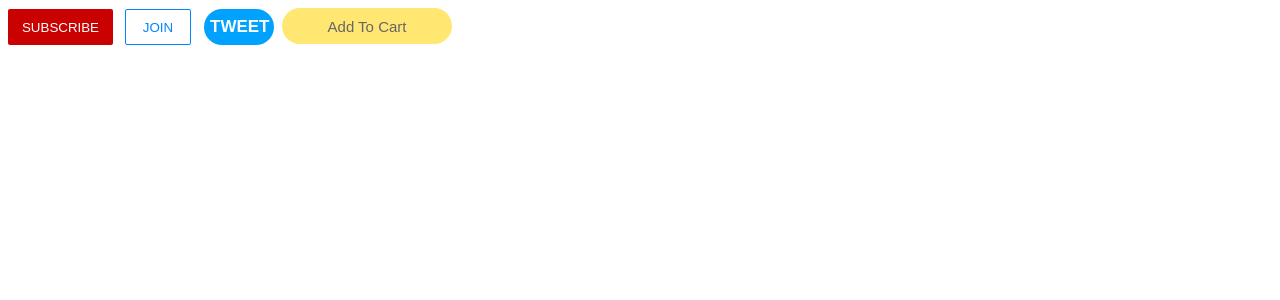
Repository: RagulRanjeeth/Frontend
Page: buttons.html
The author's editor kept a copy of each file at every save. The page is drawn from the files as they stood at one save, then again after the next save.
The browser window is 1280 px wide. The pictures show the whole page.
The pointer rests on the first visible `.amazon`.

Above is the page before, as saved 2026-01-19 17:20:39.

### buttons.html
<style>
    .subscrbeButton
    {
        background-color: rgb(201, 1, 1);
        color:white;
        border:none;
        height: 36px;
        width:105px;
        border-radius: 2px;
        cursor: pointer;
        margin-right: 8px;
        transition: opacity 0.1s,
    }

    .subscrbeButton:hover{
        opacity: 0.6;

    }

    .subscrbeButton:active{
        background-color:blue;
    }



    .join{
        background-color: white;
        color:rgb(0, 132, 255);
        border-color:rgb(0, 132, 255);
        border-style:solid;
        border-width: 1px;
        height: 36px;
        width:66px;
        border-radius: 2px;
        cursor: pointer;
        margin-right: 1px;
        transition: background-color 1s,
        color 1s;
    }

    .join:hover{
        background-color:rgb(1, 116, 223);
        color: white;

    }


    .join:active{
        opacity: 0.5;
    }


    .tweet{
        background-color: rgb(0, 162, 255);
        color: white;
        border:none;
        height: 36px;
        width: 70px;
        border-radius: 19px;
        font-weight: bold;
        font-size: 17px;
        margin-left: 8px;
        cursor: pointer;
        transition: background-color 1s,
        color 1s;

    }

    .tweet:hover{

          box-shadow: 1px 4px 5px rgba(0,0,0, 0.6);
    }

    .tweet:active{
       opacity: 0.5;
    }

    .amazon{
        background-color: rgba(255, 216, 20);
        color: black;
        height: 36px;
        width: 170px;
        font-size: 15px;
        border: none;
        border-radius: 18px;
        margin-left: 4px;
        cursor:pointer;
    }

    .amazon:hover{
        opacity: 0.6;
    }

    .amazon:active{
        opacity: 0.1;
    }
</style>

<button class="subscrbeButton">SUBSCRIBE</button>

<button class="join">JOIN</button>

<button class="tweet">TWEET</button>

<button class="amazon">
    Add To Cart
</button>

After the next save:
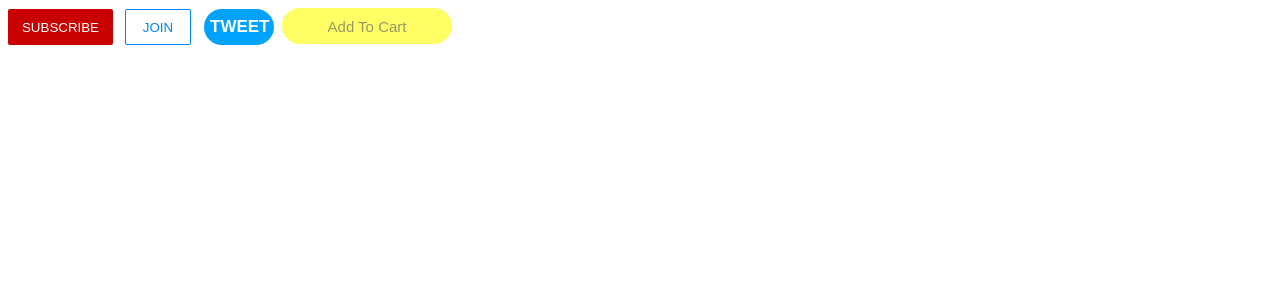
Saved 92 s later.
--- a/buttons.html
+++ b/buttons.html
@@ -89,6 +89,8 @@
 
     .amazon:hover{
         opacity: 0.6;
+        background-color: yellow;
+        color:rgba(0, 0, 0, 0.678);
     }
 
     .amazon:active{
